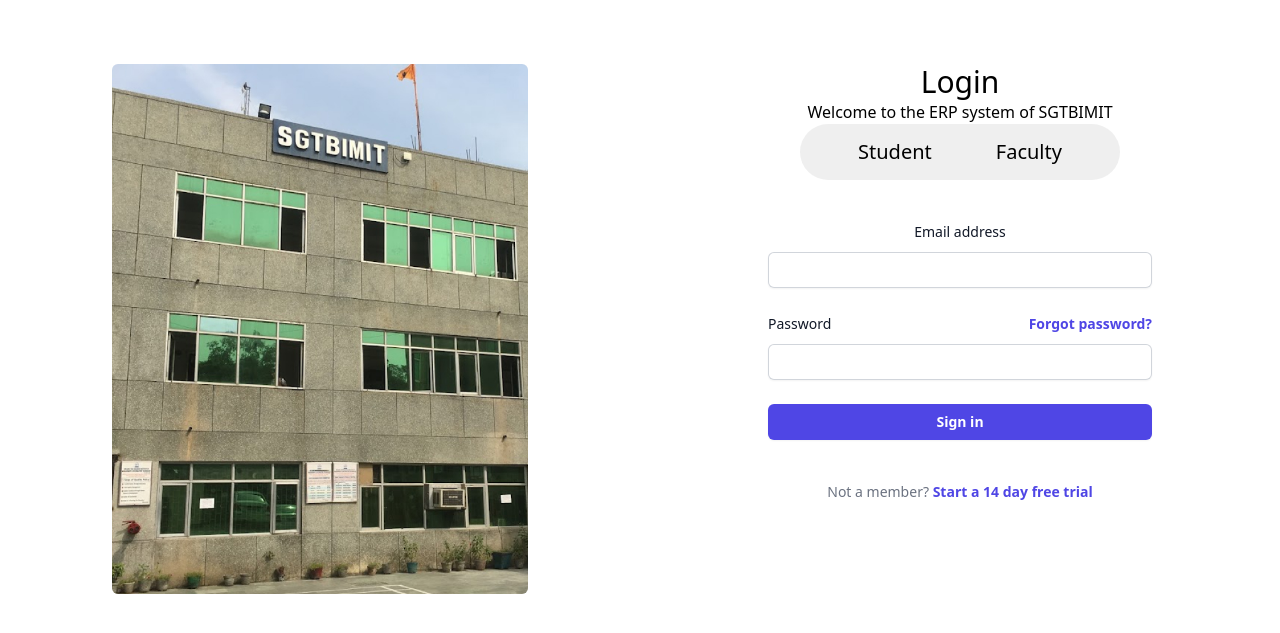
Repository: SehajBindra/SGTBIMIT-ERP-Client
Page: /StudentLogin
An editor plug-in stored every save of this project. The page is shown before and after the next save, followed by the edit.
The browser window is 1280 px wide. The pictures show the whole page.
The project was rebuilt for these pictures with package versions that can differ from the ones it lists, and the page was loaded fresh each time. Also part of the build but not shown: src/LOGIN/Login.js, src/LOGIN/FACULTY/FacultyLogin.js, src/STUDENT_PAGE/StuBody.js, src/STUDENT_PAGE/StuSidebar.js, src/STUDENT_PAGE/StuHeader.js, src/STUDENT_PAGE/StudentHome.js, src/FACULTY_PAGE/FacBody.js, src/FACULTY_PAGE/FacHeader.js and 2 more.

Above is the page before, as saved 2023-05-14 15:50:15.

After the next save:
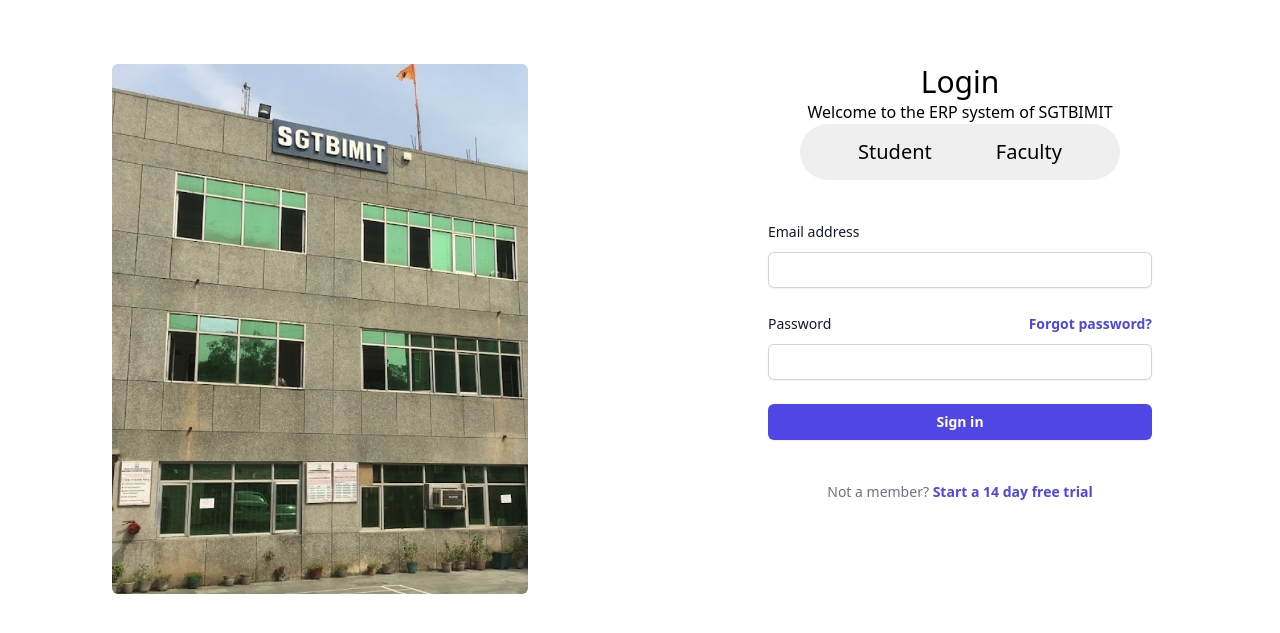
Saved 66 s later.
--- a/src/LOGIN/STUDENT/StudentLogin.js
+++ b/src/LOGIN/STUDENT/StudentLogin.js
@@ -41,10 +41,7 @@
           <div className="mt-10 sm:mx-auto sm:w-full sm:max-w-sm">
             <form className="space-y-6" action="#" method="POST">
               <div>
-                <label
-                  htmlFor="email"
-                  className="block text-sm font-medium leading-6 text-gray-900"
-                >
+                <label className="block text-left text-sm font-medium leading-6 text-gray-900">
                   Email address
                 </label>
                 <div className="mt-2">
